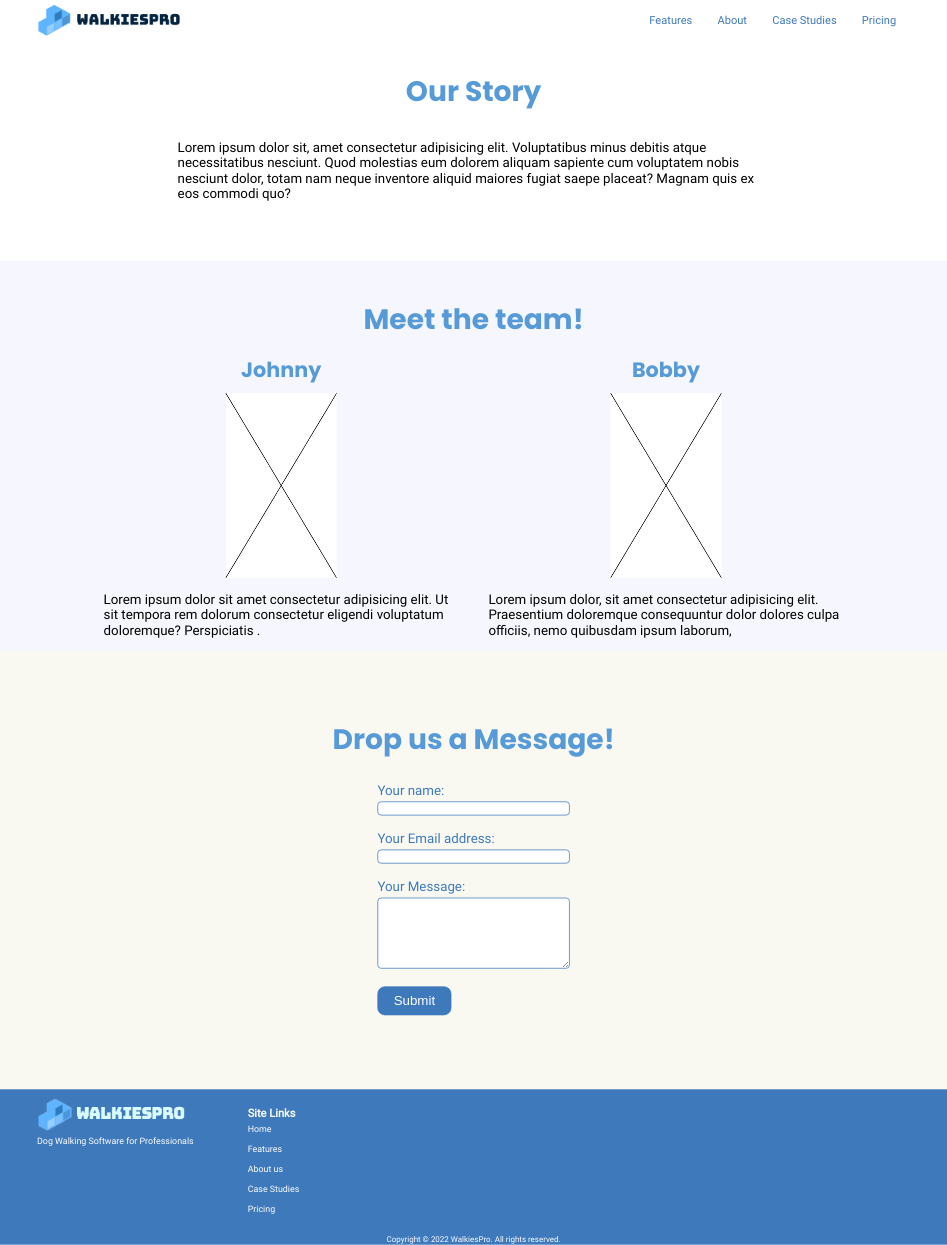
Repository: StevieC87/LAYOUT4
Page: about-us.html
These files come from the project's save history. The page is drawn as it stood at one moment and after the next save; the edit follows.
The browser window is 1280 px wide. The pictures show the whole page, at 74% of full size.

Above is the page before, as saved 2022-01-02 18:14:32.

### about-us.html
<!DOCTYPE html>
<html lang="en">
  <head>
    <meta charset="UTF-8" />
    <meta http-equiv="X-UA-Compatible" content="IE=edge" />
    <meta name="viewport" content="width=device-width, initial-scale=1.0" />
    <title>WalkiesPro Dog Walking Software</title>
    <link rel="stylesheet" href="css/styles.css" />
    <link rel="stylesheet" href="css/aboutus.css" />
    <link rel="stylesheet" href="css/footer.css" />
    <link rel="stylesheet" href="css/navbar.css" />
    <link rel="stylesheet" href="css/fonts.css" />
    <link rel="stylesheet" href="css/utilities.css" />
    <link rel="stylesheet" href="css/mediaqueries.css" />
    <!-- THIS js file - deferred so loads at the end -->
    <script type="text/javascript" src="js/scripts.js" defer></script>

    <style></style>
  </head>
  <body>


    <div class="containernew">
      <div class="navwrapper">
        <!------------------ NAVBAR --------------------->
        <nav id="navbar" class="paddingspecial">
          <!--  <div class="paddingspecial"> -->
          <div id="logo" class="logodiv">
            <a href="index.html"><img src="images/logo.png" alt="logo" /></a>
          </div>
          <div id="hamburger-menu" class="hamburger-menu">
            <div class="line line-1"></div>
            <div class="line line-2"></div>
            <div class="line line-3"></div>
          </div>
          <div class="navlist">
            <ul tabindex="-1">
              <li><a class="current" href="features.html">Features</a></li>
              <li><a href="about-us.html">About</a></li>
              <li><a href="case-studies.html">Case Studies</a></li>
              <li><a href="pricing.html">Pricing</a></li>
            </ul>
          </div>
          <!-- </div> -->
        </nav>
      </div>
      <!------------------ OUR STORY --------------------->
      <section class="ourstorywrapper">

          <div class="ourstoryh1">
            <h1 class="fronth1" style="display: block">Our Story</h1>
          </div>
          <div class="ourstoryp">
              Lorem ipsum dolor sit, amet consectetur adipisicing elit. Voluptatibus minus debitis atque necessitatibus
              nesciunt. Quod molestias eum dolorem aliquam sapiente cum voluptatem nobis nesciunt dolor, totam nam neque
              inventore aliquid maiores fugiat saepe placeat? Magnam quis ex eos commodi quo?
          </div>

      </section>
      <!------------------ MEET THE TEAM --------------------->
      <section class="meettheteamwrapper">
          <div class="meettheteamh2">
              <h2> Meet the team! </h2>
          </div>
          <div class="meetteamprofiles">
            <div class="meettheteamprofile1">
              <h3 class="centertext">Johnny</h3>

                <img src="images/3.png" width="150px" alt="" height="250px"  class="centerimg">

              <p>Lorem ipsum dolor sit amet consectetur adipisicing elit. Ut sit tempora rem dolorum consectetur eligendi voluptatum doloremque? Perspiciatis .</p>
            </div>
            <div class="meettheteamprofile2">
              <h3 class="centertext">Bobby</h3>

                <img class="centerimg" src="images/3.png" width="150px" height="250px" alt="">

              <p>Lorem ipsum dolor, sit amet consectetur adipisicing elit. Praesentium doloremque consequuntur dolor dolores culpa officiis, nemo quibusdam ipsum laborum,</p>
            </div>
        </div>
      </section>
      <!------------------ CONTACT US SECTION --------------------->
     <section class="contactuswrapper">
       <div class="contactusinnerwrapper">
        <h2 class="centertext"> Drop us a Message! </h2>
        <form action="">
          <div class="aboutusformgrid">
              <div class="yournamediv">
                <label for="yourname">Your name:</label>
                <input type="text" name="yourname" id="yourname">
              </div>
              <div class="emaildiv">
                <label for="youremail">Your Email address:</label>
                <input type="email" name="youremail" id="youremail"></div>
              <div class="textareadiv">
                <label for="yourmsg">Your Message:</label>
                <textarea name="yourmsg" id="yourmsg" rows="6"></textarea>
              </div>

              <button class="btn submit">Submit</button>

          </div>
        </form>
       </div>
     </section>
      <!------------------ FOOTER --------------------->
      <footer id="footer">
        <div class="footerwrapper">
          <div class="footergriditem1">
            <img class="bottomlogo" src="images/logoblue.png" alt="logo" />
            <span class="whitetext bottomphrase"
              >Dog Walking Software for Professionals</span
            >
          </div>

          <div class="footergriditem2">
            <div><b class="whitetext footerlinkstitle">Site Links</b></div>
            <ul class="whitetext ulnostyle anostyle" style="font-size: 12px">
              <li><a href="../layout/index.html">Home</a> </li>
              <li><a href="features.html">Features</a> </li>
              <li><a href="about-us.html">About us</a> </li>
              <li><a href="case-studies.html">Case Studies</a></li>
              <li><a href="pricing.html">Pricing</a></li>
            </ul>
          </div>
          <div class="footergriditem3 whitetext smallfont">Copyright © 2022 WalkiesPro. All rights reserved.</div>
        </div>

      </footer>
    </div>
    <!-- end container -->

    <!------------------ SIDE MENU --------------------->
    <div id="menuhidden" class="menuhidden hiddenright">
      <div class="slidemenu">
        <ul tabindex="-1" aria-hidden="true">
          <li><a class="activeSidebarLi" href="index.html">Home</a></li>
          <li><a class="current" href="features.html">Features</a></li>
          <li><a href="about-us.html">About</a></li>
          <li><a href="case-studies.html">Case Studies</a></li>
          <li><a href="pricing.html">Pricing</a></li>
          <!--    <hr /> -->
        </ul>
      </div>
    </div>
  </body>
</html>

### css/styles.css
:root {
  /*  --myblue: #5da3df; */
  --myblue: #3e79bc;
  --myblueh1: #569ad7;
}

html,
body {
  box-sizing: border-box;
  font-size: 18px;
  font-family: Roboto;
  /*  line-height: 1rem; */
  margin: auto;
}
*,
*:before,
*:after {
  box-sizing: inherit;
}

h1,
h2,
h3,
h4,
h5,
h6 {
  font-family: PoppinsBold;
  color: var(--myblueh1);
  /* #5da3df */
  padding: 10px 0 10px 0;
  margin: 0px;
}
h1 {
  font-size: 38px;
  line-height: 2.8rem;
}
h2 {
  font-size: 38px;
}
h3 {
  font-size: 28px;
}
h4 {
  font-size: 26px;
}
h5 {
  font-size: 20px;
}
h6 {
  font-size: 18px;
}

.fronth1 {
  padding-top: 0px;
}

.containernew {
  width: 100%;
}

### css/aboutus.css
/* * * * * * * * * * * * * * * * * * * * * * * * * * * * * * * * * * * * * * * *
ABOUT US
* * * * * * * * * * * * * * * * * * * * * * * * * * * * * * * * * * * * * * * */
.ourstorywrapper {
  width: 100%;
  display: grid;
  padding: 40px 0 80px 0;
}

.ourstoryh1 {
  grid-template-columns: 1fr;
  align-self: center;
  justify-self: center;
}

.ourstoryp {
  /* max-width: 80%;  */
  max-width: 800px;
  grid-template-columns: 1fr;
  align-self: center;
  justify-self: center;
  font-size: 1rem;
  padding-top: 30px;
}
.meettheteamwrapper {
  width: 100%;
  display: grid;
  justify-content: center;
  background-color: #f6f7fe;
}
.meettheteamh2 {
  padding-top: 40px;
  text-align: center;
  /*  color: purple; */
  color: var(--myblueh1);
  /* color: #7f55ff; */
  width: 100%;
}
.meettheteamh2 > h2 {
  color: inherit;
}
.meetteamprofiles {
  max-width: 1000px;
  justify-content: center;
  display: grid;
  grid-template-columns: 1fr;
  grid-gap: 40px;
}
.contactuswrapper {
  padding: 80px 0 80px 0;
  background-color: #f9f9f2;
}
.contactusinnerwrapper {
}

.aboutusformgrid {
  max-width: 300px;
  margin: 0 auto;
  padding: 0 20px 20px 20px;
}
.textareadiv {
}
textarea {
  width: 100%;
  max-width: 300px;
  border-radius: 5px;
  border: 1px solid var(--myblue);
}
input,
label {
  display: block;
  width: 100%;
  max-width: 300px;
}
input {
  border-radius: 5px;
  border: 1px solid var(--myblue);
}
label {
  padding-bottom: 5px;
  padding-top: 20px;
  color: var(--myblue);
}
@media (min-width: 336px) {
  .meetteamprofiles {
    grid-template-columns: 1fr 1fr;
  }
  .meettheteamprofile1 {
    justify-self: center;
    align-self: center;
  }
  .meettheteamprofile2 {
  }
}

### css/footer.css
/* * * * * * * * * * * * * * * * * * * * * * * * * * * * * * * * * * * * * * * *
                    FOOTER
* * * * * * * * * * * * * * * * * * * * * * * * * * * * * * * * * * * * * * * */

footer {
  background-color: var(--myblue);
  width: 100%;
  display: flex;
  justify-content: center;
  padding-top: 10px;
}
/* DEFAULT FOR SMALL SCREEN - MOBILE FIRST */
.footerwrapper {
  /* this is the inner div that serves as a grid with equal columns as container */
  width: 1200px;
  display: grid;
  grid-template-columns: 1fr;
  grid-gap: 0.2rem;
}
/* DEFAULT FOR SMALL SCREEN - MOBILE FIRST */
.footergriditem1 {
  grid-row: 1 / 2;
  /* grid-column: 1 / 2; */
  grid-column: 1 / -1;
}
/* DEFAULT FOR SMALL SCREEN - MOBILE FIRST */
.footergriditem2 {
  /* grid-column: 2 / 3; */
  grid-column: 1 / -1;
  grid-row: 3 / 4;
  padding-left: 10px;
  justify-self: start;
  padding-top: 10px;
  padding-bottom: 10px;

  /*  justify-self: self-end; */
  /* padding: 20px 0 0 40px; */
}
.footergriditem2:first-child {
  margin: 10px 0 10px 0;
}
.footergriditem3 {
  grid-row: 4 / 5;
  grid-column: 1 / -1;
  justify-self: center;
  align-self: center;
}
.bottomlogo {
  padding: 0px 0 0px 10px;
}
.bottomphrase {
  padding-left: 10px;
  display: block;
  text-align: left;
  font-size: 12px;
}
.footerlinkstitle {
  font-size: 15px;
}

@media (min-width: 336px) {
}
@media (min-width: 450px) {
  .footerwrapper {
    grid-template-columns: 226px 200px 1fr 0.2fr 0.2fr 0.2fr;
  }
  .footergriditem1 {
    grid-row: 1 / 2;
    grid-column: 1 / 2;
  }
  .footergriditem2 {
    grid-row: 1 / 2;
    grid-column: 2 / 3;
    padding-left: 0px;
    justify-self: center;
    padding-top: 10px;
    padding-bottom: 10px;
  }
}

### css/navbar.css
/* * * * * * * * * * * * * * * * * * * * * * * * * * * * * * * * * * * * * * * *
                          NAVBAR
* * * * * * * * * * * * * * * * * * * * * * * * * * * * * * * * * * * * * * * */
.navwrapper {
  display: flex;
  justify-content: center;
}
nav {
  background-color: white;
  width: 1200px;
  display: flex;
  justify-content: space-between;
}

.logodiv {
  padding-top: 5px;
  padding-left: 10px;
}
#navbar ul {
  list-style: none;
  margin-right: 15px;
  /*   float: right; */
}

#navbar ul li {
  float: left;
}

#navbar ul li a {
  display: block;
  margin: 0 14px 0 20px;
  /* padding: 0 20px 0 10px; */
  text-align: center;
  text-decoration: none;
  color: var(--myblue);
  /*  color: black; */

  font-size: 15px;
  /*  border-bottom: 1px solid transparent; */

  line-height: 21px;
}
#navbar ul li a:hover {
  /*  text-decoration: underline; */
  /*  border-bottom: 1px solid var(--myblue); */
  color: #9370db;
}

/* * * * * * * * * * * * * * * * * * * * * * * * * * * * * * * * * * * * * * * *
HAMBURGER MENU
* * * * * * * * * * * * * * * * * * * * * * * * * * * * * * * * * * * * * * * */

.hamburger-menu {
  width: 30px;
  height: 30px;
  padding-top: 7px;
  position: absolute;
  top: 7px;
  right: 10px;
  display: flex;
  flex-direction: column;
  justify-content: space-between;
  cursor: pointer;
  z-index: 100;
}

.line {
  width: inherit;
  height: 3px;
  background-color: var(--myblue);
  border-radius: 2px;
  transition-property: transform;
  transition-duration: 500ms;

  /*   transform-origin: right;
  transition: transform 0.5s; */
}

.line.openline:nth-child(1) {
  transform: translate(0px, 10px) rotate(45deg);
  /*  transform-origin: top; */
}
.line.openline:nth-child(2) {
  opacity: 0;
}
.line.openline:nth-child(3) {
  transform: translate(0px, -10px) rotate(-45deg);

  /*   transform-origin: top; */
}

.menuhidden {
  height: 100vh;
  width: 200px;
  background-color: white;
  position: fixed;
  top: 0;
  right: -200px;
  transition: ease 0.2s;
}

.visibleright {
  right: 0px;
  /*   transition: ease 4s; */
}
/* --------- SLIDEMENU ---------- */
.slidemenu ul {
  list-style: none;
  padding-top: 45px;
  padding-left: 0px;
  width: 100%;
  /*   float: right; */
}
.slidemenu ul li {
}
.slidemenu ul li a {
  display: block;
  padding: 10px 5px 10px 5px;
  margin: 0px 5px 0px 5px;
  text-align: center;
  text-decoration: none;
  line-height: 1.5rem;
  color: var(--myblue);
}
.slidemenu ul li a:hover {
  background-color: #fbfbfa;
  border-radius: 15px;
  /* opacity: 0.5; */
}
.activeSidebarLi {
  background-color: #fbfbfa;
  border-radius: 15px;
}
/* END SLIDEMENU */

### css/fonts.css
/* * * * * * * * * * * * * * * * * * * * * * * * * * * * * * * * * * * * * * * *
        FONT FAMILIESS
* * * * * * * * * * * * * * * * * * * * * * * * * * * * * * * * * * * * * * * */
@font-face {
  font-family: 'Bungee';
  src: url('../fonts/Bungee-Regular.ttf');
  src: local('☺'), url('../fonts/Bungee-Regular.ttf') format('truetype');
  font-display: block;
}
@font-face {
  font-family: 'Roboto';
  src: url('../fonts/Roboto-Regular.ttf');
  src: local('☺'), url('../fonts/Roboto-Regular.ttf') format('truetype');
  font-display: block;
}
@font-face {
  font-family: 'Roboto-Bold';
  src: url('../fonts/Roboto-Bold.ttf');
  src: local('☺'), url('../fonts/Roboto-Bold.ttf') format('truetype');
  font-display: block;
}
@font-face {
  font-family: 'Ubuntu';
  src: url('../fonts/Ubuntu-Regular.ttf');
  src: local('☺'), url('../fonts/Ubuntu-Regular.ttf') format('truetype');
  font-display: block;
}
@font-face {
  font-family: 'UbuntuBold';
  src: url('../fonts/Ubuntu-Bold.ttf');
  src: local('☺'), url('../fonts/Ubuntu-Bold.ttf') format('truetype');
  font-display: block;
}
@font-face {
  font-family: 'Poppins';
  src: url('../fonts/Poppins-Regular.ttf');
  src: local('☺'), url('../fonts/Poppins-Regular.ttf') format('truetype');
  font-display: block;
}
@font-face {
  font-family: 'PoppinsBold';
  src: url('../fonts/Poppins-Bold.ttf');
  src: local('☺'), url('../fonts/Poppins-Bold.ttf') format('truetype');
  font-display: block;
}
.bungee {
  font-family: Bungee;
}
.ubuntu {
  font-family: Ubuntu;
}
.ubuntuBold {
  font-family: UbuntuBold;
}
.poppins {
  font-family: Poppins;
}

### css/utilities.css
.btn {
  cursor: pointer;
  transition-property: background-color, color, border;
  transition-duration: 200ms;
  transition-timing-function: ease-in;
}
.allfeaturesbtn {
  padding: 15px 20px 15px 20px;
  border-radius: 10px;
  border: 1px solid var(--myblue);
  /*   background-color: var(--myblue); */
  background-color: WHITE;
  /* color: white; */
  color: var(--myblue);
  font-weight: bold;
}
.allfeaturesbtn:hover {
  background-color: var(--myblue);
  color: white;
}
.submit {
  margin-top: 20px;
  padding: 8px 8px 8px 8px;
  border-radius: 10px;
  width: 100px;
  background-color: var(--myblue);
  border: 1px solid var(--myblue);
  color: white;
  font-size: 1rem;
  /*  font-weight: bold; */
}

/* * * * * * * * * * * * * * * * * * * * * * * * * * * * * * * * * * * * * * * *
UTILITY CLASSES
* * * * * * * * * * * * * * * * * * * * * * * * * * * * * * * * * * * * * * * */

.centertext {
  text-align: center;
}
.centerimg {
  display: block;
  margin-left: auto;
  margin-right: auto;
  /*   width: 50%; */
}
.centerhorizvert {
  align-self: center;
  justify-self: center;
}
/* visible/invis from screen readers & visually */
.invisible {
  visibility: hidden;
}
.visible {
  visibility: visible;
}
.whitetext {
  color: white;
}
.smallfont {
  font-size: 0.6rem;
}
.ulnostyle {
  list-style: none;
  line-height: 1.5rem;
  padding: 0;
  margin: 0;
}
.anostyle > li a {
  text-decoration: none;
  color: white;
}

### css/mediaqueries.css
/* to switch to hamburger menu */
@media (min-width: 677px) {
  .hamburger-menu {
    visibility: hidden;
  }
  .section2divrow {
    grid-template-columns: 1fr 1fr;
  }
  .section1innerwrapper {
    grid-template-columns: 2fr 1fr;
  }
}
@media (max-width: 676px) {
  /* HIDE NAV LI WHEN SMALL SCREEN */
  nav {
    width: 1200px;
  }

  .navlist {
    visibility: hidden;
    display: none;
  }
  .hamburger-menu {
    visibility: visible;
  }

  /* ADVANCED SCHEDULING DIV - flip order: image last */
  .section2imgleft1 {
    grid-row: 2;
  }
  .section2textright1 {
    grid-row: 1;
  }
  /* FINANCIAL MANAGEMENT DIV - flip order: image last */
  .section2imgleft3 {
    grid-row: 2;
  }
  .section2textleft3 {
    grid-row: 1;
  }
}

### js/scripts.js
const hamburgerbutton = document.querySelector('#hamburger-menu');
hamburgerbutton.addEventListener('click', function () {
  //  vis();
  slide();
  transformlines();
});

function slide() {
  const slideme = document.querySelector('#menuhidden');
  const slidemeclasses = slideme.classList;
  //  slideme.classList.replace('hiddenright', 'visibleright');
  const slidemeclassestoggle = slidemeclasses.toggle('visibleright');
}

function transformlines() {
  //for each line add a class ideally
  document.querySelectorAll('.line').forEach((item) =>
    //item.style.backgroundColor = "pink"
    item.classList.toggle('openline')
  );
}

After the next save:
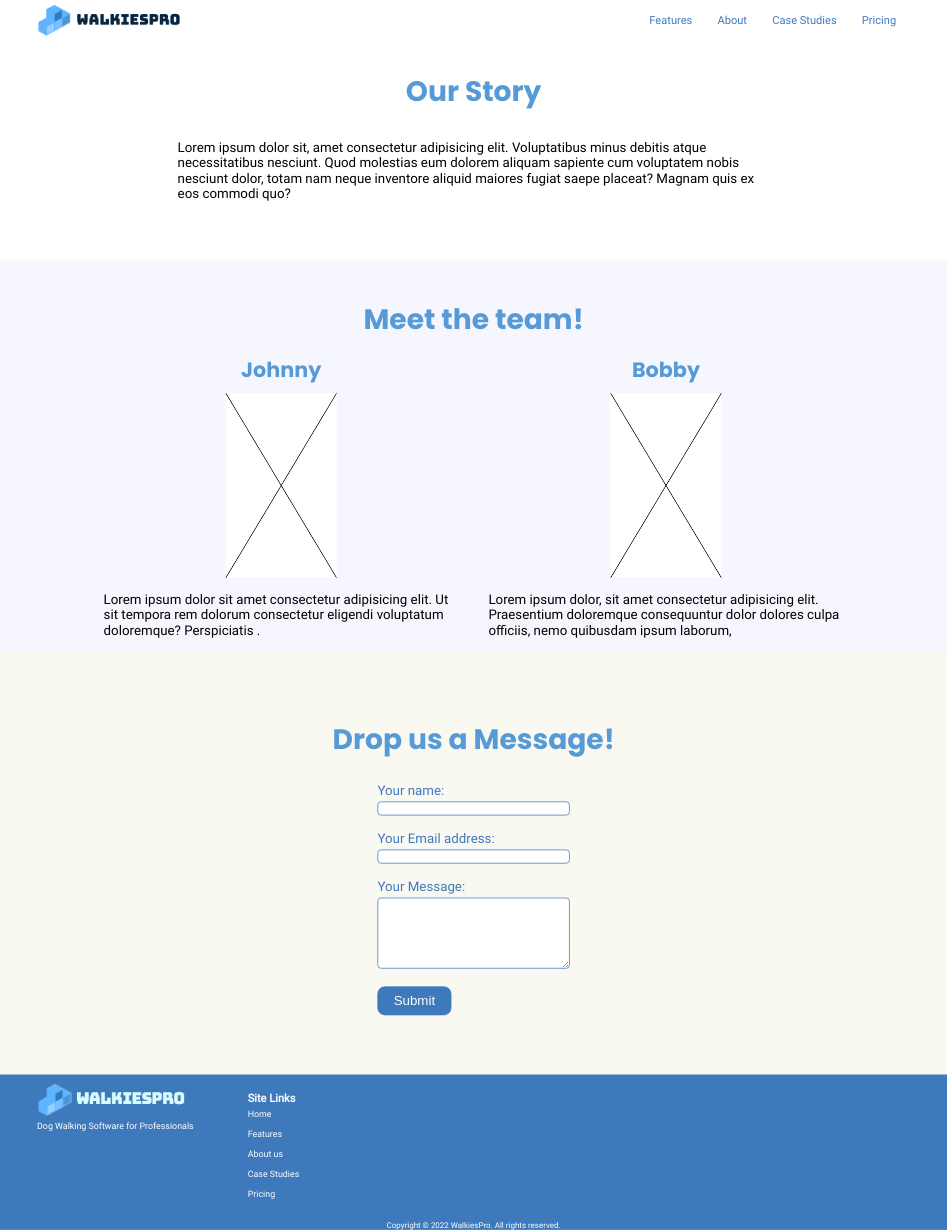
Saved 7 s later.
--- a/css/aboutus.css
+++ b/css/aboutus.css
@@ -56,7 +56,7 @@ ABOUT US
 .aboutusformgrid {
   max-width: 300px;
   margin: 0 auto;
-  padding: 0 20px 20px 20px;
+  padding: 0 20px 0px 20px;
 }
 .textareadiv {
 }
